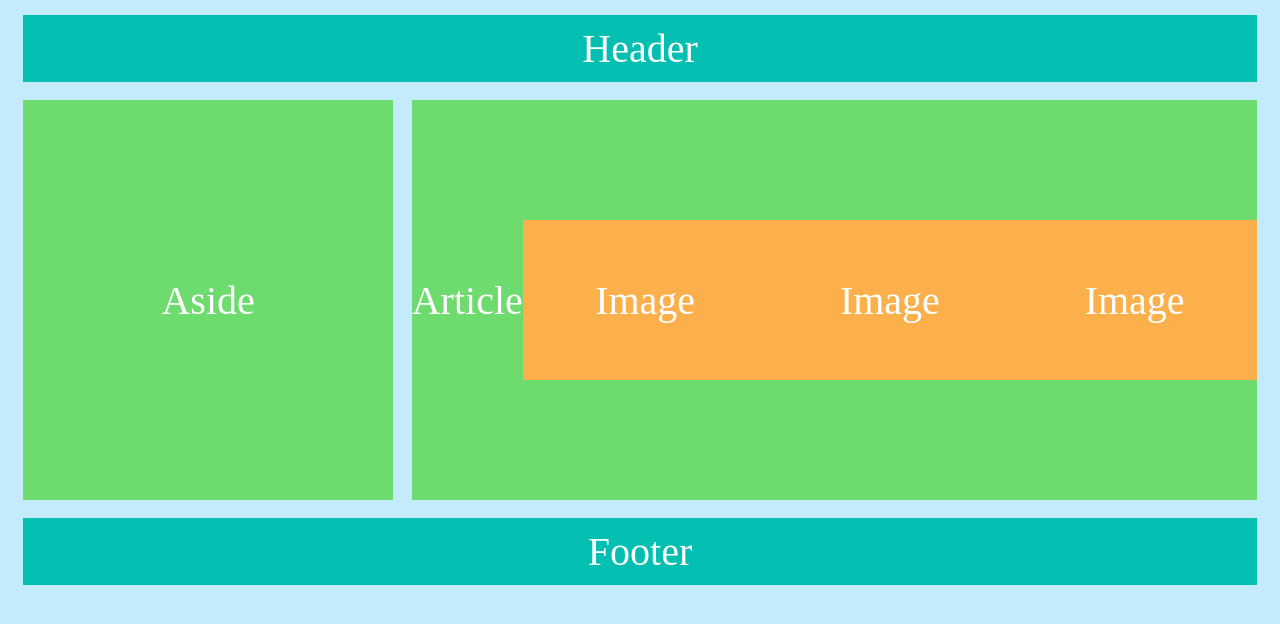
Repository: huyennvo/CSS
Page: flex-css-example/index.html
An editor plug-in stored every save of this project. The page is shown before and after the next save, followed by the edit.
The browser window is 1280 px wide. The pictures show the whole page.

Above is the page before, as saved 2022-07-18 11:13:59.

### flex-css-example/index.html
<!DOCTYPE html>
<html lang="en">
<head>
    <meta charset="UTF-8">
    <meta http-equiv="X-UA-Compatible" content="IE=edge">
    <meta name="viewport" content="width=device-width, initial-scale=1.0">
    <title>Flexbox example</title>
    <link rel="stylesheet" href="./index.css">
</head>
<body>
    <div class="container">
        <div class="header">
            Header
        </div>
        <br>
        <div class="body">
            <div class="body-left">Aside</div>
            <div class="body-right">
                Article
                <div class="item item1">Image</div>
                <div class="item item2">Image</div>
                <div class="item item3">Image</div>
            </div>
        </div>
        <br>
        <div class="footer">
            <footer>Footer</footer>
        </div>
    </div>
</body>
</html>

### flex-css-example/index.css
html {
    background-color: #C4EBF9;
}
 .container {
    align-content: center;
    margin: 15px;
    color: white;
}
.header {
    background-color: #02BFB1;
    text-align: center;
    font-size: 40px;
    padding: 10px;
}

.footer {
    background-color: #02BFB1;
    text-align: center;
    color: white;
    font-size: 40px;
    padding: 10px;
}

.body {
    display: flex;
    flex-direction: row;
    flex-wrap: wrap;
    justify-content: space-between;
}

.body-left {
    background-color: #6EDB6E;
    width: 30%;
    height: 400px;
    display: flex;
    justify-content: center;
    align-items: center;
    font-size: 40px;
}

.body-right {
    background-color: #6EDB6E;
    width: 68.5%;
    height: 400px;
    display: flex;
    justify-content: center;
    align-items: center;
    font-size: 40px;
}

.item {
     background-color: #FBB04C;
     display: flex;
     align-content: space-between;
     justify-content: center;
     align-items: center;
     width: 30%;
     height: 40%;
     flex-grow: 3;
}

After the next save:
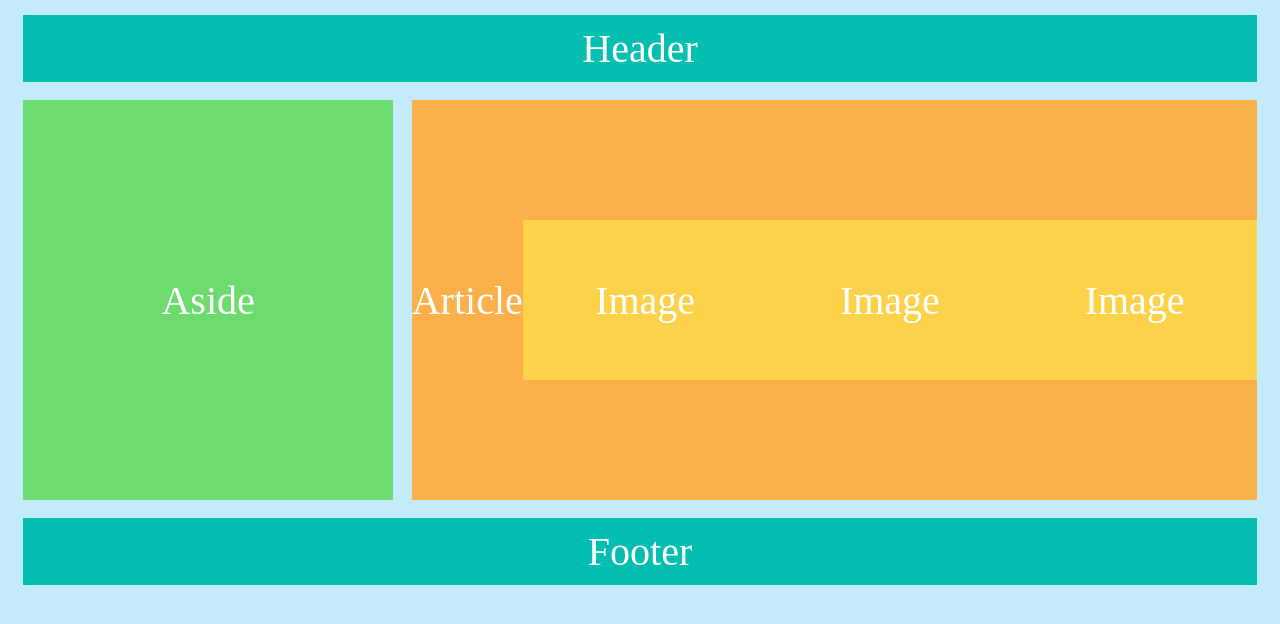
Saved 47 s later.
--- a/flex-css-example/index.css
+++ b/flex-css-example/index.css
@@ -39,7 +39,7 @@ html {
 }
 
 .body-right {
-    background-color: #6EDB6E;
+    background-color: #FBB04C;
     width: 68.5%;
     height: 400px;
     display: flex;
@@ -49,7 +49,7 @@ html {
 }
 
 .item {
-     background-color: #FBB04C;
+     background-color: #FCD24A;
      display: flex;
      align-content: space-between;
      justify-content: center;
